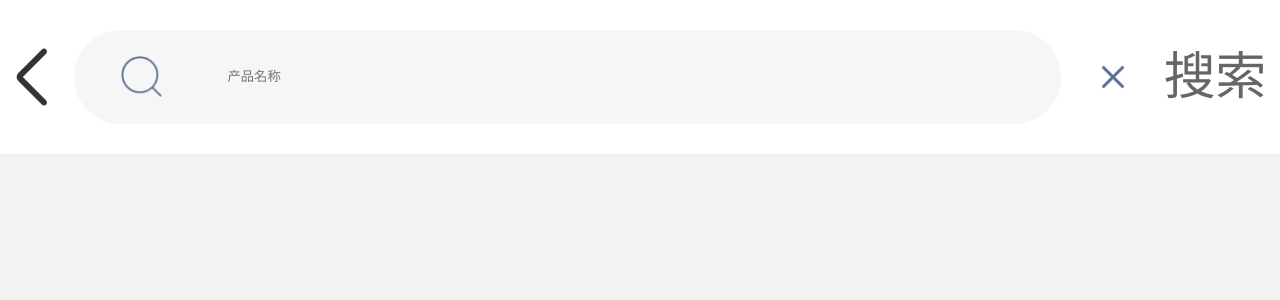
Repository: 421538074/sell
Page: consumer/search.html
The author's editor kept a copy of each file at every save. The page is drawn from the files as they stood at one save, then again after the next save.
The browser window is 1280 px wide. The pictures show the whole page.

Above is the page before, as saved 2019-05-29 18:00:29.

After the next save:
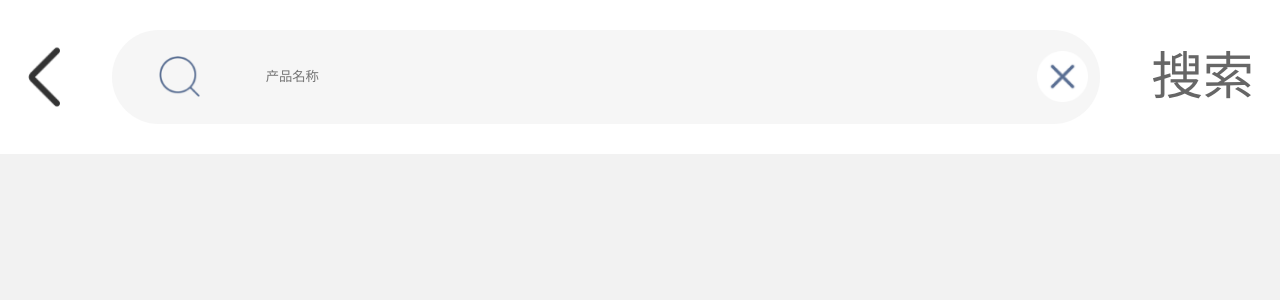
Saved 83 s later.
--- a/consumer/css/search.css
+++ b/consumer/css/search.css
@@ -24,3 +24,13 @@ span.serach-title {
     color: #666666;
     font-size: 1.5rem;
 }
+img.back-icon {
+    width: 1rem;
+    height: auto;
+}
+img.clear-icon {
+    position: absolute;
+    width: 1.5rem;
+    height: auto;
+    right: 15%;
+}
